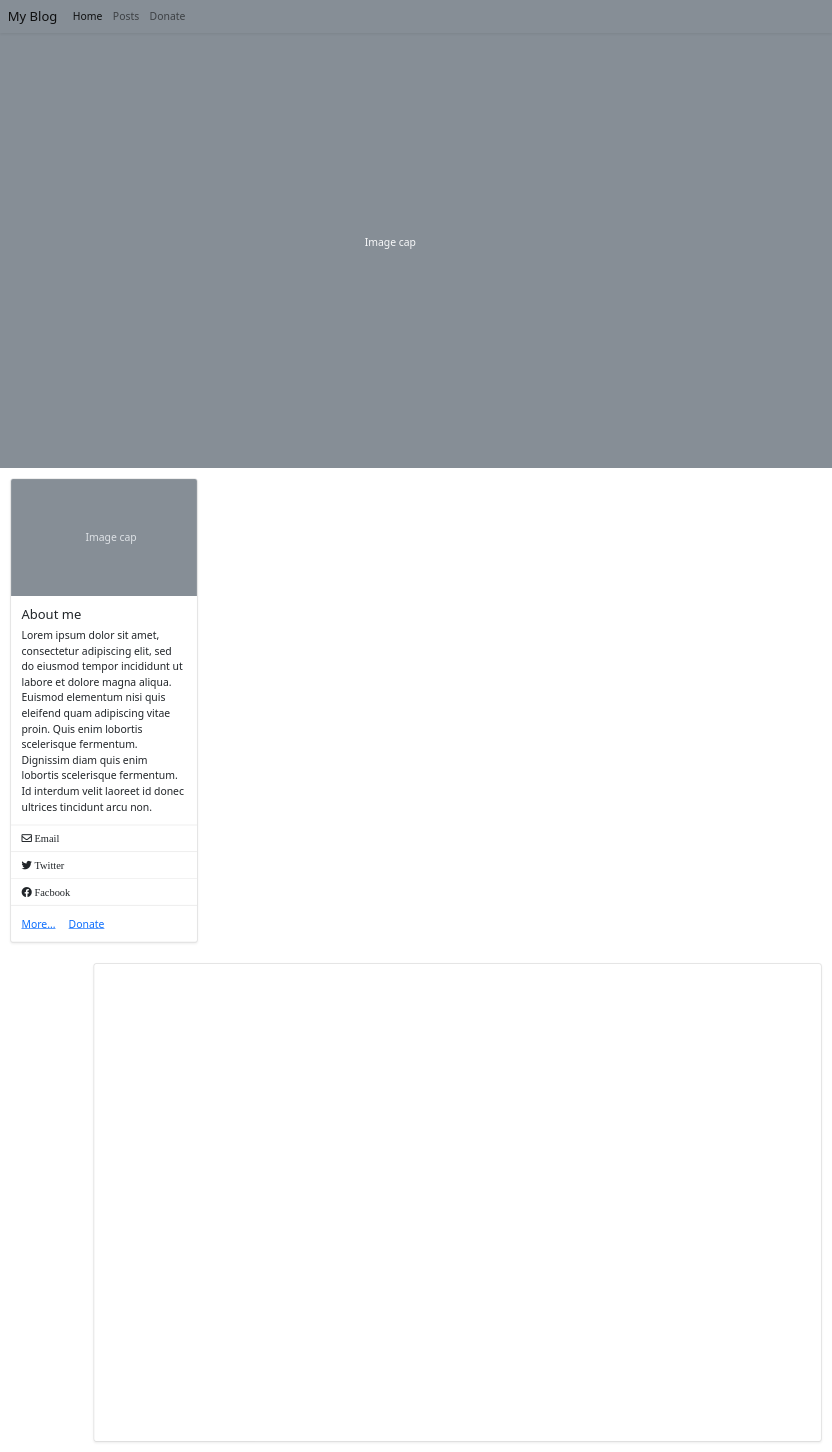
Repository: LublubXT/Azi-Tec-Team
Page: views/templates/blogs/personalblog/home.html
The author's editor kept a copy of each file at every save. The page is drawn from the files as they stood at one save, then again after a run of saves.
The browser window is 1280 px wide. The pictures show the whole page, at 65% of full size.

Above is the page before, as saved 2021-03-11 09:13:36.

After the next 3 saves:
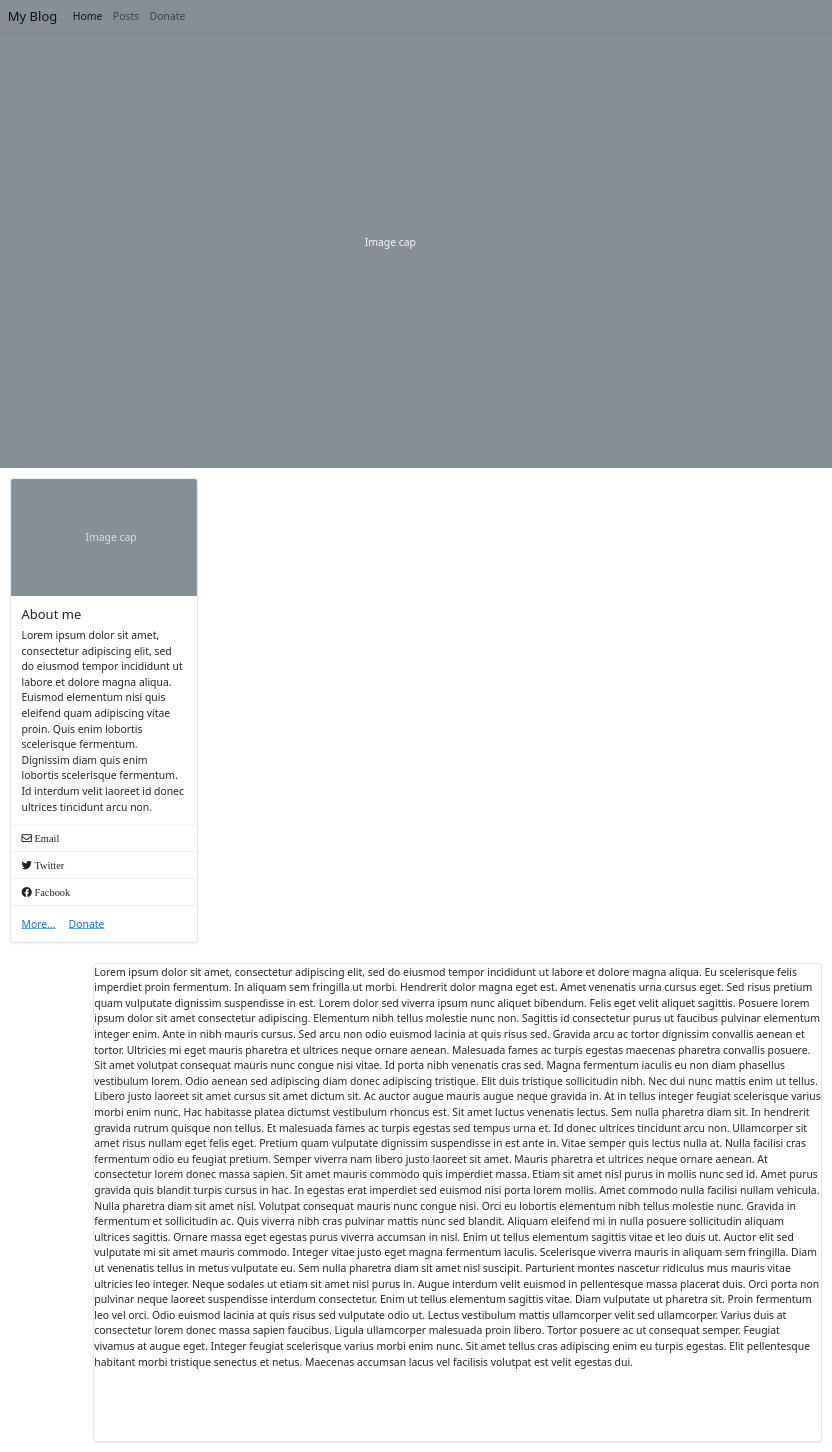
The 3 saves are shown as one change because they came seconds apart.
The last was saved 12 s later.
--- a/views/templates/blogs/personalblog/home.html
+++ b/views/templates/blogs/personalblog/home.html
@@ -70,7 +70,75 @@
                 </div>
             </div>
             <div class="card mx-3 my-3 float-end shadow-sm" style="width: 70rem; height: 46rem;">
-                <p class="text-"></p>
+                <p class="text-dark">Lorem ipsum dolor sit amet, consectetur adipiscing elit, sed do eiusmod tempor
+                    incididunt ut labore et dolore magna
+                    aliqua. Eu scelerisque felis imperdiet proin fermentum. In aliquam sem fringilla ut morbi. Hendrerit
+                    dolor magna eget
+                    est. Amet venenatis urna cursus eget. Sed risus pretium quam vulputate dignissim suspendisse in est.
+                    Lorem dolor sed
+                    viverra ipsum nunc aliquet bibendum. Felis eget velit aliquet sagittis. Posuere lorem ipsum dolor
+                    sit amet consectetur
+                    adipiscing. Elementum nibh tellus molestie nunc non. Sagittis id consectetur purus ut faucibus
+                    pulvinar elementum
+                    integer enim. Ante in nibh mauris cursus. Sed arcu non odio euismod lacinia at quis risus sed.
+                    Gravida arcu ac tortor
+                    dignissim convallis aenean et tortor. Ultricies mi eget mauris pharetra et ultrices neque ornare
+                    aenean. Malesuada fames
+                    ac turpis egestas maecenas pharetra convallis posuere. Sit amet volutpat consequat mauris nunc
+                    congue nisi vitae. Id
+                    porta nibh venenatis cras sed.
+
+                    Magna fermentum iaculis eu non diam phasellus vestibulum lorem. Odio aenean sed adipiscing diam
+                    donec adipiscing
+                    tristique. Elit duis tristique sollicitudin nibh. Nec dui nunc mattis enim ut tellus. Libero justo
+                    laoreet sit amet
+                    cursus sit amet dictum sit. Ac auctor augue mauris augue neque gravida in. At in tellus integer
+                    feugiat scelerisque
+                    varius morbi enim nunc. Hac habitasse platea dictumst vestibulum rhoncus est. Sit amet luctus
+                    venenatis lectus. Sem
+                    nulla pharetra diam sit. In hendrerit gravida rutrum quisque non tellus. Et malesuada fames ac
+                    turpis egestas sed tempus
+                    urna et. Id donec ultrices tincidunt arcu non. Ullamcorper sit amet risus nullam eget felis eget.
+                    Pretium quam vulputate
+                    dignissim suspendisse in est ante in. Vitae semper quis lectus nulla at.
+
+                    Nulla facilisi cras fermentum odio eu feugiat pretium. Semper viverra nam libero justo laoreet sit
+                    amet. Mauris pharetra
+                    et ultrices neque ornare aenean. At consectetur lorem donec massa sapien. Sit amet mauris commodo
+                    quis imperdiet massa.
+                    Etiam sit amet nisl purus in mollis nunc sed id. Amet purus gravida quis blandit turpis cursus in
+                    hac. In egestas erat
+                    imperdiet sed euismod nisi porta lorem mollis. Amet commodo nulla facilisi nullam vehicula. Nulla
+                    pharetra diam sit amet
+                    nisl. Volutpat consequat mauris nunc congue nisi. Orci eu lobortis elementum nibh tellus molestie
+                    nunc. Gravida in
+                    fermentum et sollicitudin ac.
+
+                    Quis viverra nibh cras pulvinar mattis nunc sed blandit. Aliquam eleifend mi in nulla posuere
+                    sollicitudin aliquam
+                    ultrices sagittis. Ornare massa eget egestas purus viverra accumsan in nisl. Enim ut tellus
+                    elementum sagittis vitae et
+                    leo duis ut. Auctor elit sed vulputate mi sit amet mauris commodo. Integer vitae justo eget magna
+                    fermentum iaculis.
+                    Scelerisque viverra mauris in aliquam sem fringilla. Diam ut venenatis tellus in metus vulputate eu.
+                    Sem nulla pharetra
+                    diam sit amet nisl suscipit. Parturient montes nascetur ridiculus mus mauris vitae ultricies leo
+                    integer. Neque sodales
+                    ut etiam sit amet nisl purus in. Augue interdum velit euismod in pellentesque massa placerat duis.
+
+                    Orci porta non pulvinar neque laoreet suspendisse interdum consectetur. Enim ut tellus elementum
+                    sagittis vitae. Diam
+                    vulputate ut pharetra sit. Proin fermentum leo vel orci. Odio euismod lacinia at quis risus sed
+                    vulputate odio ut.
+                    Lectus vestibulum mattis ullamcorper velit sed ullamcorper. Varius duis at consectetur lorem donec
+                    massa sapien
+                    faucibus. Ligula ullamcorper malesuada proin libero. Tortor posuere ac ut consequat semper. Feugiat
+                    vivamus at augue
+                    eget. Integer feugiat scelerisque varius morbi enim nunc. Sit amet tellus cras adipiscing enim eu
+                    turpis egestas. Elit
+                    pellentesque habitant morbi tristique senectus et netus. Maecenas accumsan lacus vel facilisis
+                    volutpat est velit
+                    egestas dui.</p>
             </div>
         </div>
 
